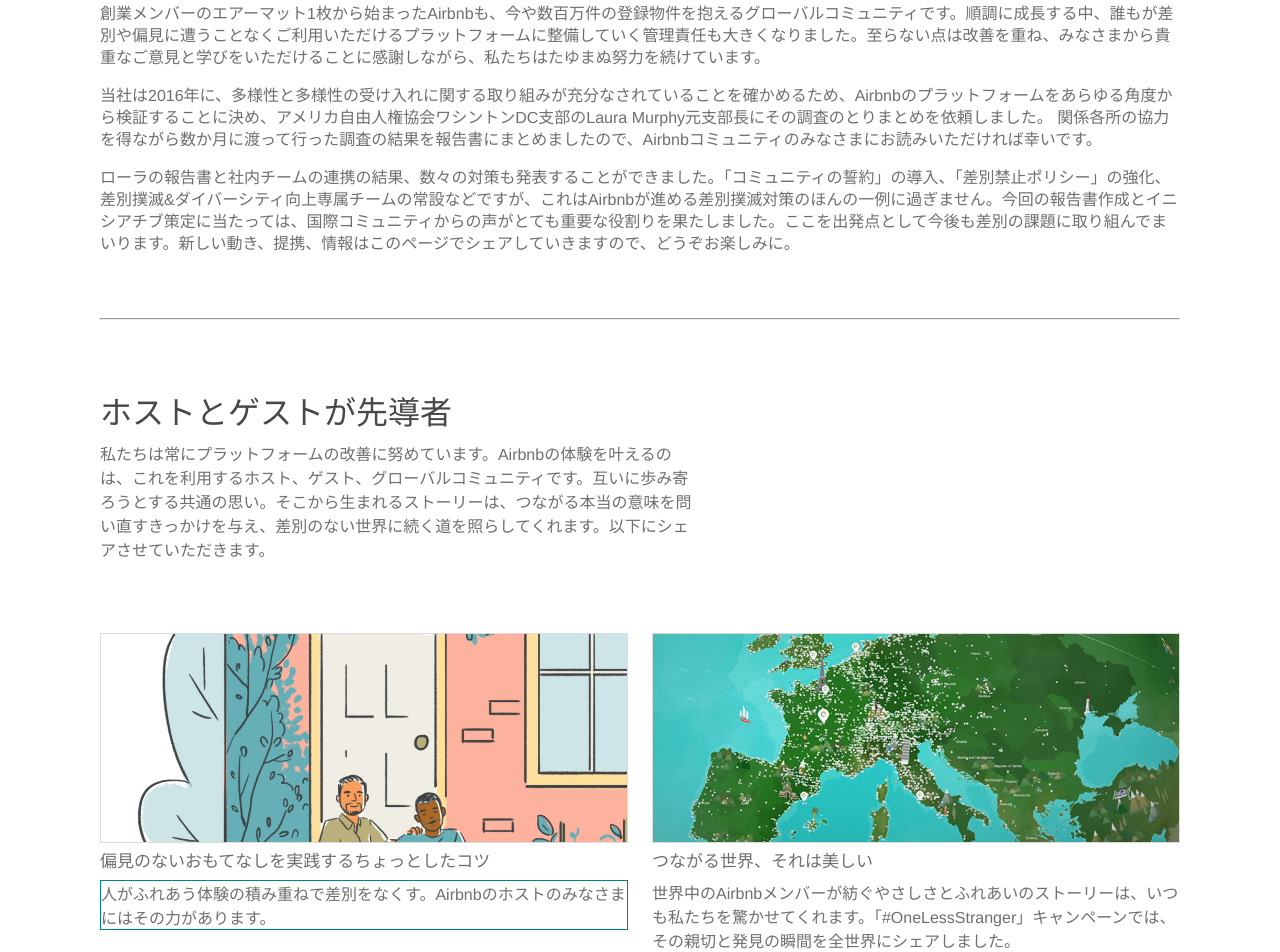
Repository: Ryoma-tech/20200622_htmlcss01
Page: index.html
An editor plug-in stored every save of this project. The page is shown before and after the next save, followed by the edit.
The browser window is 1280 px wide. The pictures show the part of the page from y = 1085 to 2037 px (the page is 2037 px tall).
The pointer rests on the first visible `.item1 p`.

Above is the page before, as saved 2020-06-24 09:52:22.

After the next save:
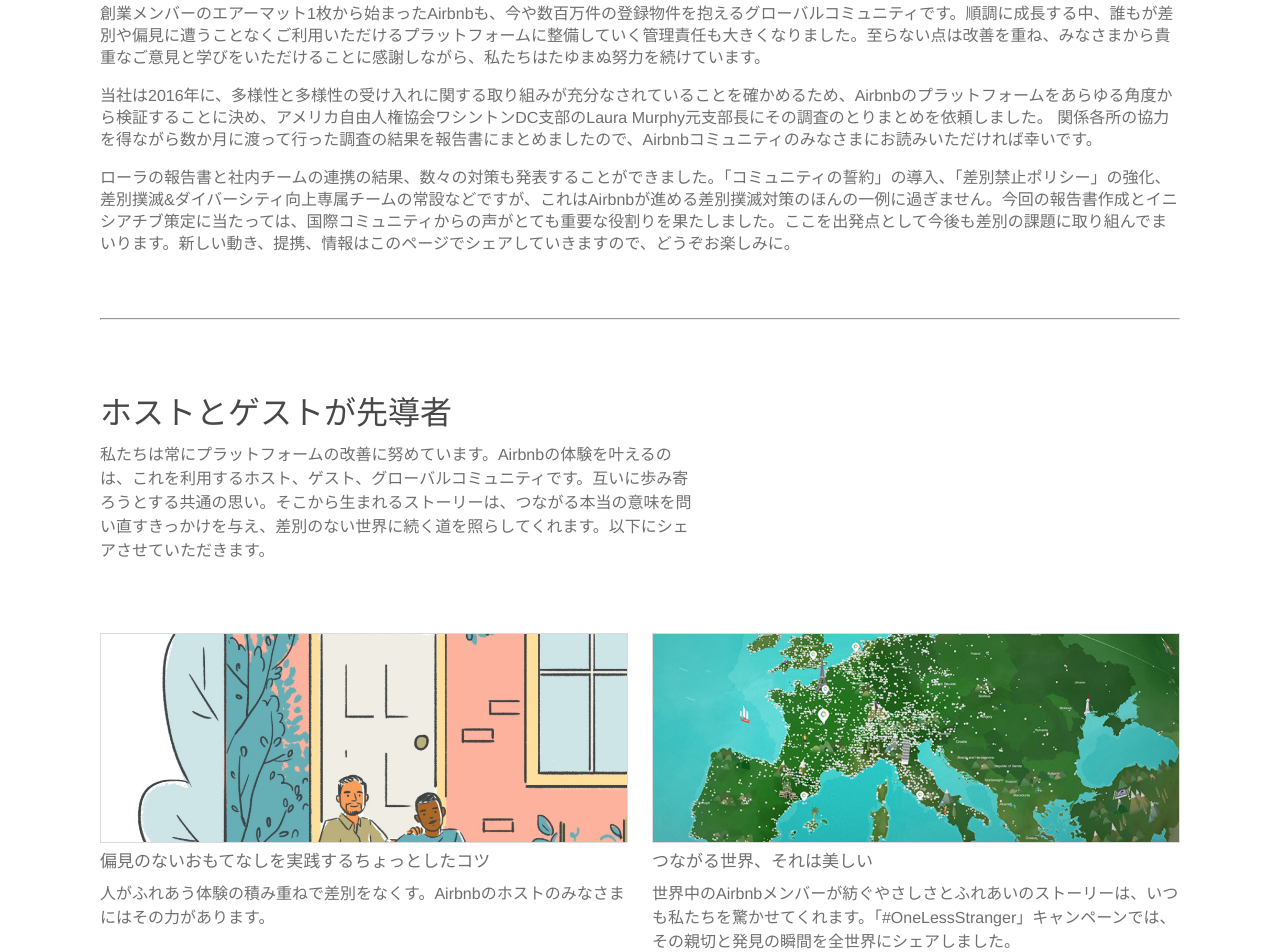
Saved 25 s later.
--- a/style.css
+++ b/style.css
@@ -289,7 +289,7 @@
     flex: 1;
 }
 
-.item1 p:hover {
+.item1 img:hover {
     border: 1px #008489 solid;
 }
 
